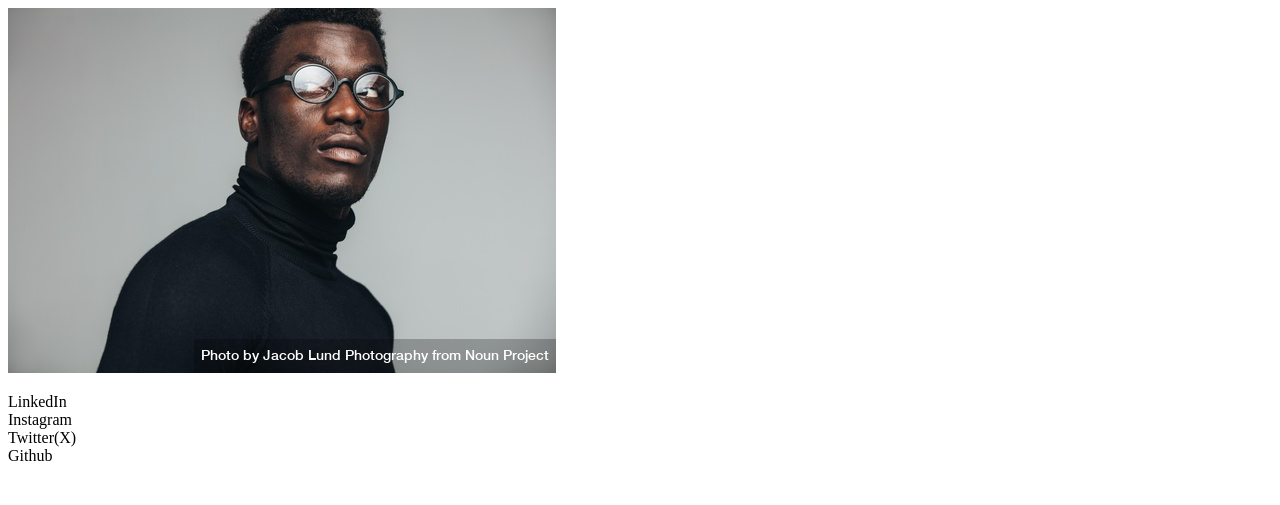
Repository: russel-success/Xcode-TASK-1
Page: index.html
These files come from the project's save history. The page is drawn as it stood at one moment and after a run of saves; the edit follows.
The browser window is 1280 px wide. The pictures show the whole page.

Above is the page before, as saved 2024-04-29 00:11:35.

After the next 2 saves:
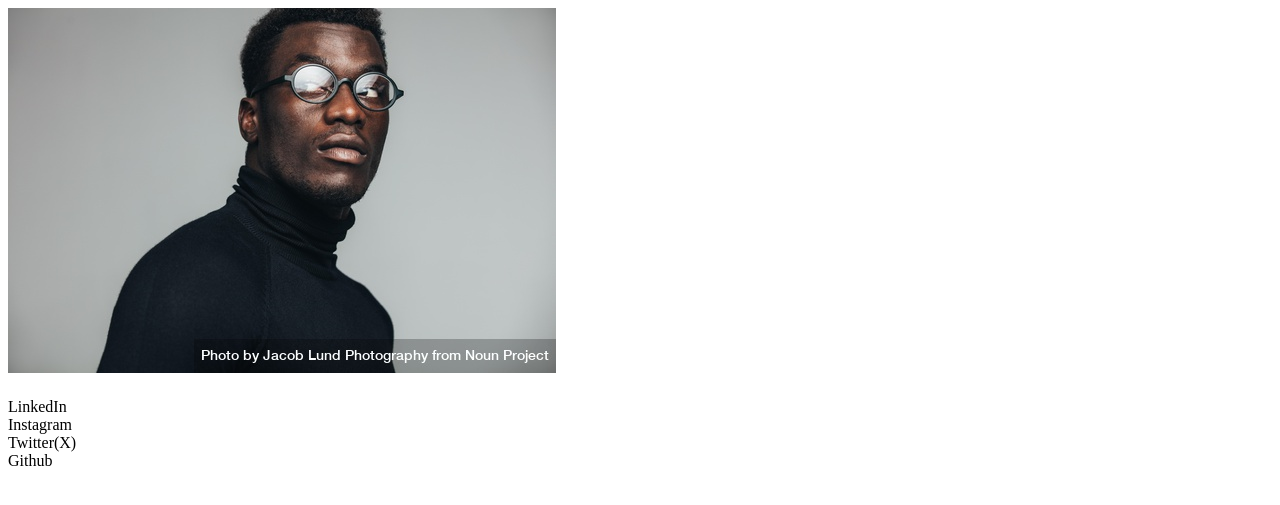
The 2 saves are shown as one change because they came seconds apart.
The last was saved 9 s later.
--- a/index.html
+++ b/index.html
@@ -9,7 +9,7 @@
     <div class="main">
         <div class="container">
             <div><img src="assets/np_Man staring away on gray background_0VPZY4_free.jpg" alt="" class="profile"></div>
-            <p></p>
+            <h1></h1>
             <div class="socials">
                 <text>LinkedIn</text>
             </div>
